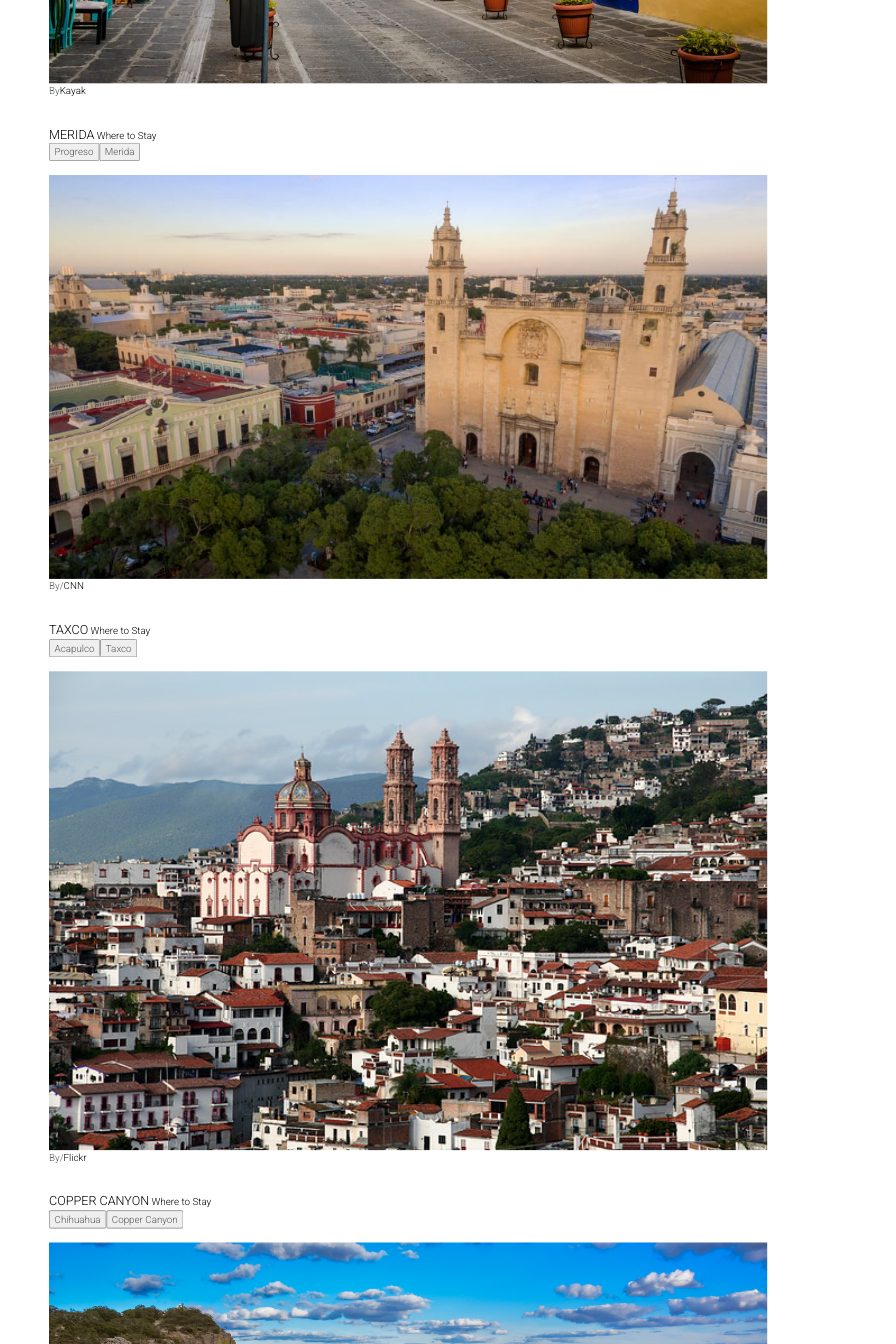
Repository: navegantemx/holiday-destination
Page: destinations.html
The author's editor kept a record of every edit. The page is drawn from the files as they stood at one moment, then again after the next edit.
The browser window is 1280 px wide. The pictures show the part of the page from y = 770 to 2690 px (the page is 8131 px tall before and 8163 px after), at 70% of full size.
A picture or video elsewhere on the page could not be fetched, so the positions and the page height are approximate. Some web libraries are served in a nearby version.

Above is the page before.

After the next edit:
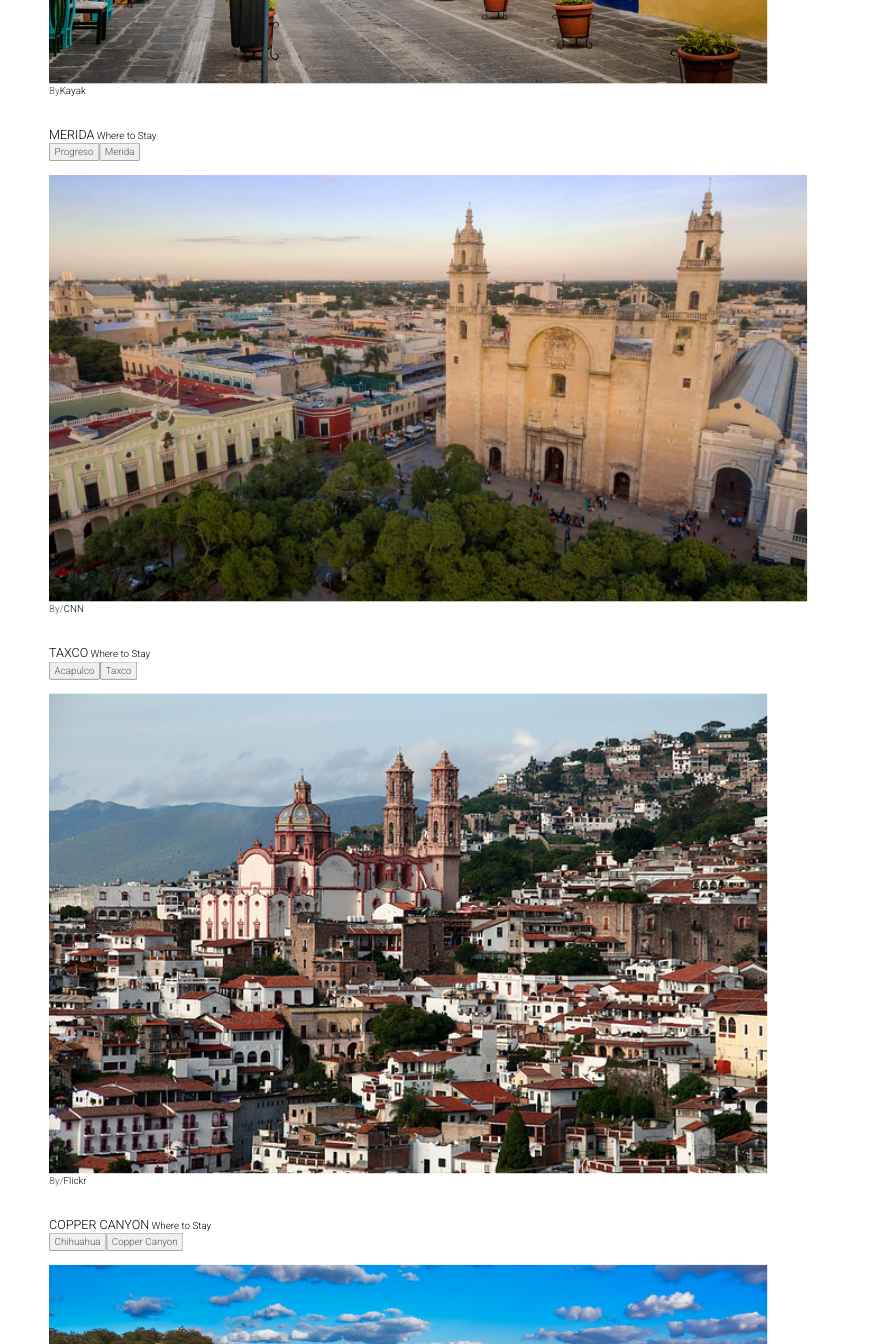
The edit:
--- a/destinations.html
+++ b/destinations.html
@@ -64,7 +64,7 @@
         <a href="//www.touropia.com/checkin?city=Merida,Mexico" target="_blank" class="fancybox">Where to Stay</a><br>
         <button id="meridaButton">Progreso</button><span><button id="progresoButton">Merida</button></span><br><br>
         <div class="image_640">
-            <img id="meridaImage" src= assets/images/yucatan_merida_01.jpg width="90%"><br>
+            <img id="meridaImage" src= assets/images/yucatan_merida_01.jpg width="95%"><br>
             <span class="photo-credit">By/<a href="https://www.cnn.com/travel/article/things-to-do-merida-mexico/index.html" target="_blank">CNN</a></span>
         </div>
         <br><br>
